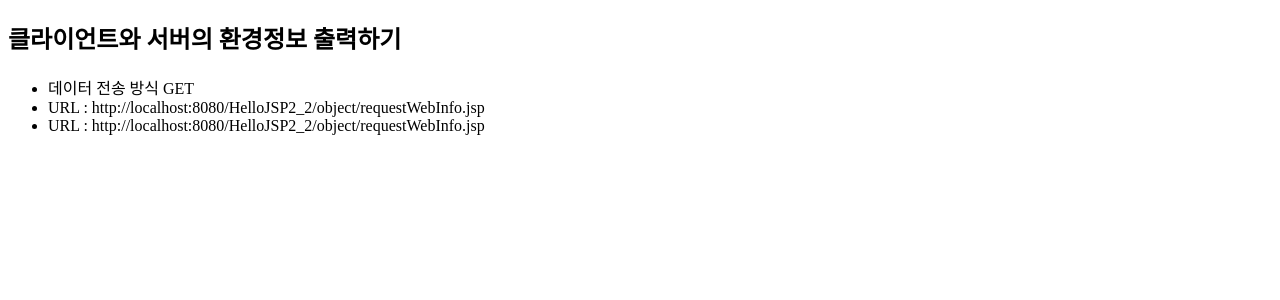
Repository: parkblacksheep/JSP-Servlet
Page: http://localhost/HelloJSP2_2/object/requestWebInfo.jsp
An editor plug-in stored every save of this project. The page is shown before and after the next save, followed by the edit.
The browser window is 1280 px wide. The pictures show the whole page.
The page is served by Tomcat 9.

Above is the page before, as saved 2024-07-25 01:32:41.

### HelloJSP2_2/src/main/webapp/object/requestWebInfo.jsp
<%@ page language="java" contentType="text/html; charset=UTF-8"
    pageEncoding="UTF-8"%>
<!DOCTYPE html>
<html>
	<head>
		<meta charset="UTF-8">
		<title>Insert title here</title>
	</head>

	<body>
		<h2>클라이언트와 서버의 환경정보 출력하기</h2>
		<ul>
			<li>데이터 전송 방식 <%= request.getMethod() %></li>
			<li>URL : <%= request.getRequestURL() %></li>
			<li>URL : <%= request.getRequestURL() %></li>
		</ul>
	</body>
</html>

After the next save:
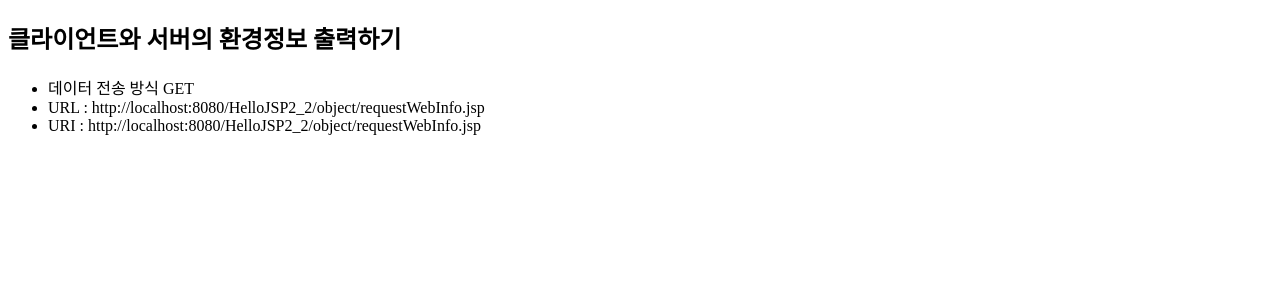
Saved 24 s later.
--- a/HelloJSP2_2/src/main/webapp/object/requestWebInfo.jsp
+++ b/HelloJSP2_2/src/main/webapp/object/requestWebInfo.jsp
@@ -12,7 +12,7 @@
 		<ul>
 			<li>데이터 전송 방식 <%= request.getMethod() %></li>
 			<li>URL : <%= request.getRequestURL() %></li>
-			<li>URL : <%= request.getRequestURL() %></li>
+			<li>URI : <%= request.getRequestURL() %></li>
 		</ul>
 	</body>
 </html>
